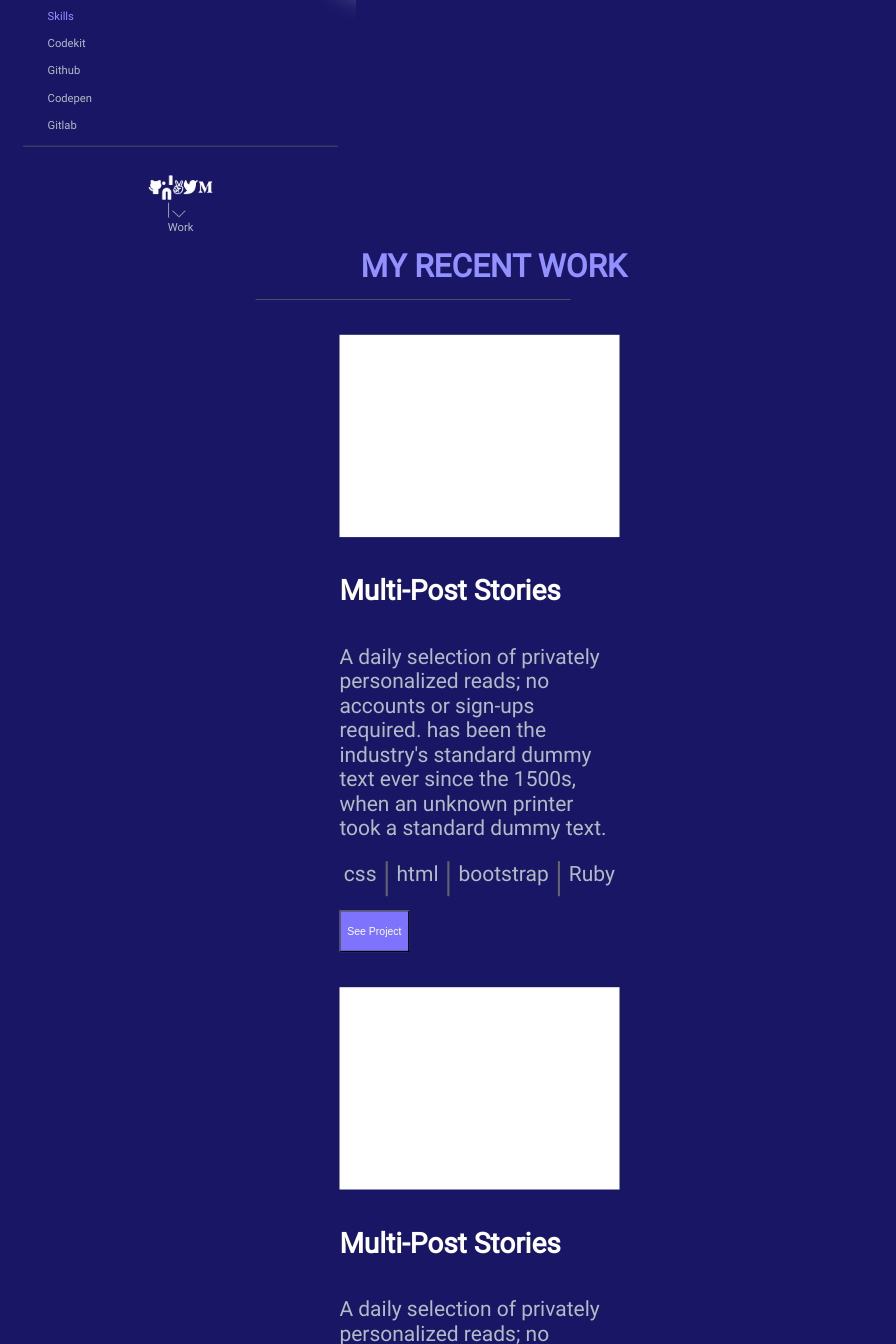
Repository: mustabbas/Portfolio
Page: index.html
These files come from the project's save history. The page is drawn as it stood at one moment and after the next save; the edit follows.
The browser window is 1280 px wide. The pictures show the part of the page from y = 775 to 2695 px (the page is 5963 px tall before and 5931 px after), at 70% of full size.

Above is the page before, as saved 2021-08-17 18:11:33.

After the next save:
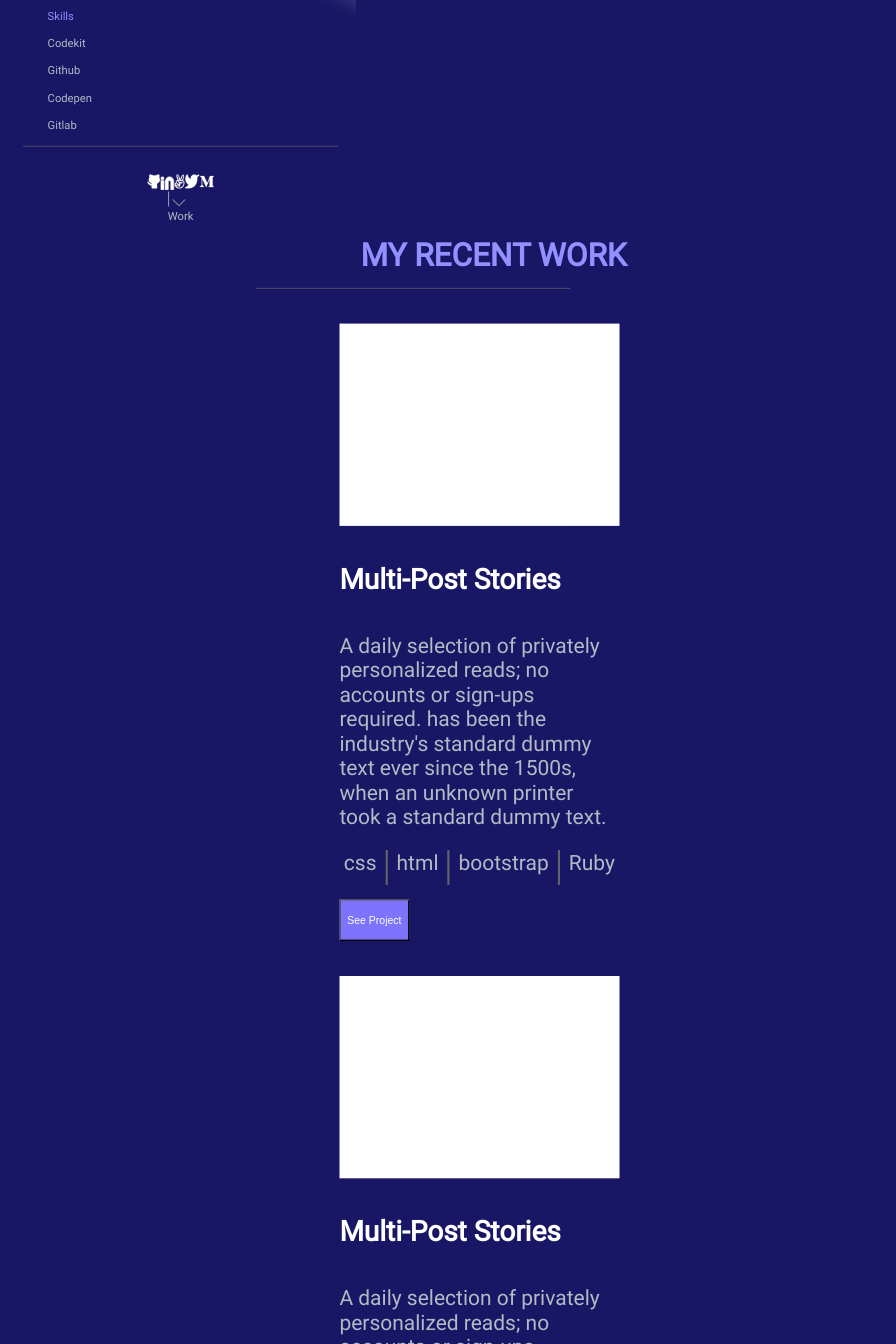
Saved 31 s later.
--- a/style.css
+++ b/style.css
@@ -139,6 +139,15 @@ span {
   align-items: center;
 }
 
+.linked-container {
+  display: flex;
+}
+
+.linked-container div {
+  display: flex;
+  flex-direction: column;
+}
+
 /*
 .work-container .work-container2 {
   display: flex;
@@ -164,14 +173,7 @@ span {
   margin-top: -8px;
 }
 
-.linked-container {
-  display: flex;
-}
-
-.linked-container div {
-  display: flex;
-  flex-direction: column;
-}
+
 
 #vector2 {
   margin-left: auto;
